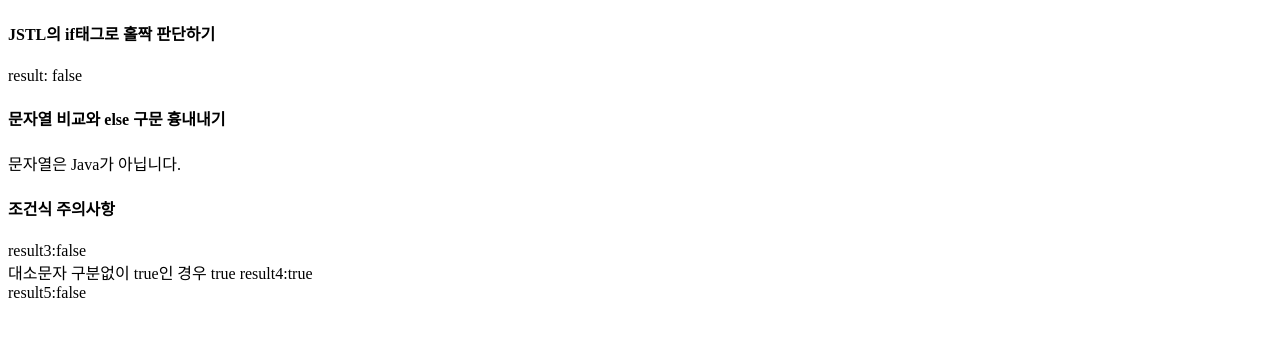
Repository: ssing365/JSPStudy
Page: http://localhost/JSPServlet/11JSTL/core/if.jsp
An editor plug-in stored every save of this project. The page is shown before and after the next save, followed by the edit.
The browser window is 1280 px wide. The pictures show the whole page.
The page is served by Tomcat 10.

Above is the page before, as saved 2024-11-06 06:19:42.

After the next save:
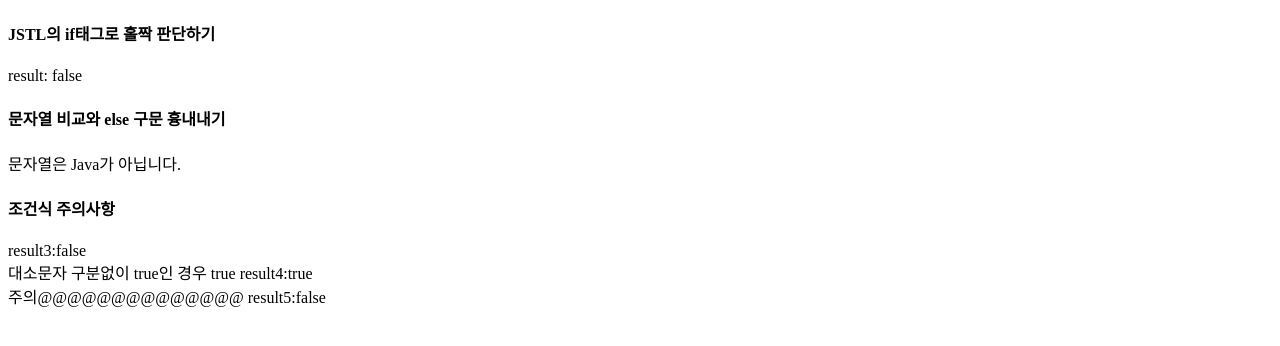
Saved 14 min 18 s later.
--- a/JSPServlet/src/main/webapp/11JSTL/core/if.jsp
+++ b/JSPServlet/src/main/webapp/11JSTL/core/if.jsp
@@ -40,7 +40,7 @@
 	<c:if test="tRuE" var="result4">대소문자 구분없이 true인 경우 true</c:if>
 	result4:${result4}
 	<br />
-	<!-- 주의@@@@@@@@@@@@@@ -->
+	주의@@@@@@@@@@@@@@
 	<c:if test="${true} " var="result5">EL 양쪽에 공백 있는 경우 false</c:if>
 	result5:${result5}
 	<br />
